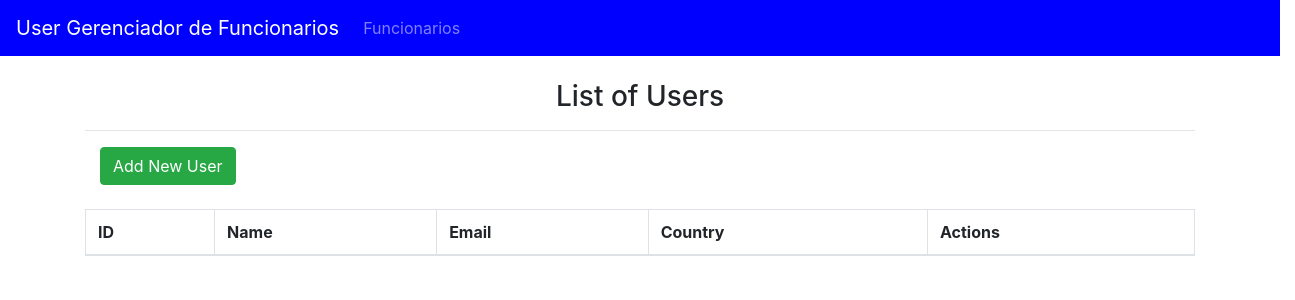
Repository: Magdiel-Mendes/GerenciadorDeFuncionarios
Page: http://localhost/Gerenciador/listaFuncionario.jsp
These files come from the project's save history. The page is drawn as it stood at one moment and after the next save; the edit follows.
The browser window is 1280 px wide. The page is 1295 px wide, so the pictures cover 1295 px, including what lies to the right of the window. The pictures show the whole page.
The page is served by Tomcat 9. Other server files are loaded and not shown.

Above is the page before, as saved 2023-10-09 00:44:24.

### Gerenciador/webContent/listaFuncionario.jsp
<%@ page language="java" contentType="text/html; charset=UTF-8"
	pageEncoding="UTF-8"%>
<%@ taglib uri="http://java.sun.com/jsp/jstl/core" prefix="c"%>
<html>
<head>
<title>Gerenciador de funcionarios</title>
<link rel="stylesheet"
	href="https://stackpath.bootstrapcdn.com/bootstrap/4.3.1/css/bootstrap.min.css"
	integrity="sha384-ggOyR0iXCbMQv3Xipma34MD+dH/1fQ784/j6cY/iJTQUOhcWr7x9JvoRxT2MZw1T"
	crossorigin="anonymous">
</head>
<body>

	<header>
		<nav class="navbar navbar-expand-md navbar-dark"
			style="background-color: blue">
			<div>
				<a href="https://www.xadmin.net" class="navbar-brand"> User
					Gerenciador de Funcionarios </a>
			</div>

			<ul class="navbar-nav">
				<li><a href="<%=request.getContextPath()%>/list"
					class="nav-link">Funcionarios</a></li>
			</ul>
		</nav>
	</header>
	<br>

	<div class="row">
		<!-- <div class="alert alert-success" *ngIf='message'>{{message}}</div> -->

		<div class="container">
			<h3 class="text-center">List of Users</h3>
			<hr>
			<div class="container text-left">

				<a href="<%=request.getContextPath()%>/new" class="btn btn-success">Add
					New User</a>
			</div>
			<br>
			<table class="table table-bordered">
				<thead>
					<tr>
						<th>ID</th>
						<th>Name</th>
						<th>Email</th>
						<th>Country</th>
						<th>Actions</th>
					</tr>
				</thead>
				<tbody>

					<c:forEach var="user" items="${listUser}">

						<tr>
							<td><c:out value="${user.id}" /></td>
							<td><c:out value="${user.name}" /></td>
							<td><c:out value="${user.email}" /></td>
							<td><c:out value="${user.country}" /></td>
							<td><a href="edit?id=<c:out value='${user.id}' />">Edit</a>
								&nbsp;&nbsp;&nbsp;&nbsp; <a
								href="delete?id=<c:out value='${user.id}' />">Delete</a></td>
						</tr>
					</c:forEach>

				</tbody>

			</table>
		</div>
	</div>
</body>
</html>

After the next save:
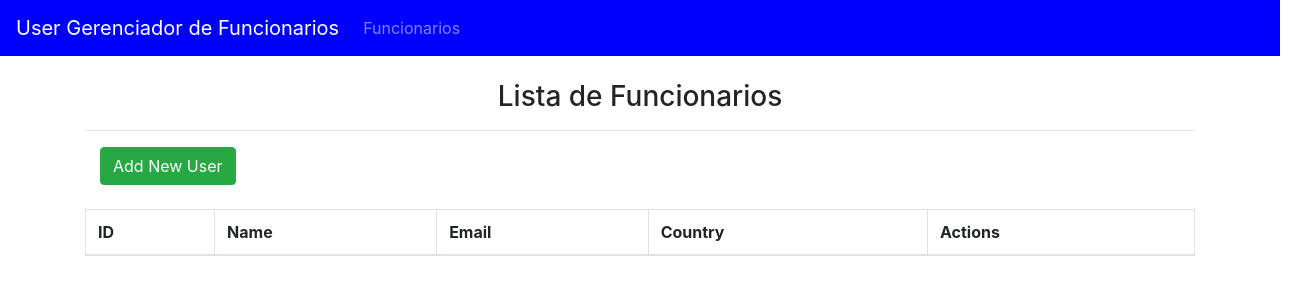
Saved 16 s later.
--- a/Gerenciador/webContent/listaFuncionario.jsp
+++ b/Gerenciador/webContent/listaFuncionario.jsp
@@ -31,7 +31,7 @@
 		<!-- <div class="alert alert-success" *ngIf='message'>{{message}}</div> -->
 
 		<div class="container">
-			<h3 class="text-center">List of Users</h3>
+			<h3 class="text-center">Lista de Funcionarios</h3>
 			<hr>
 			<div class="container text-left">
 
